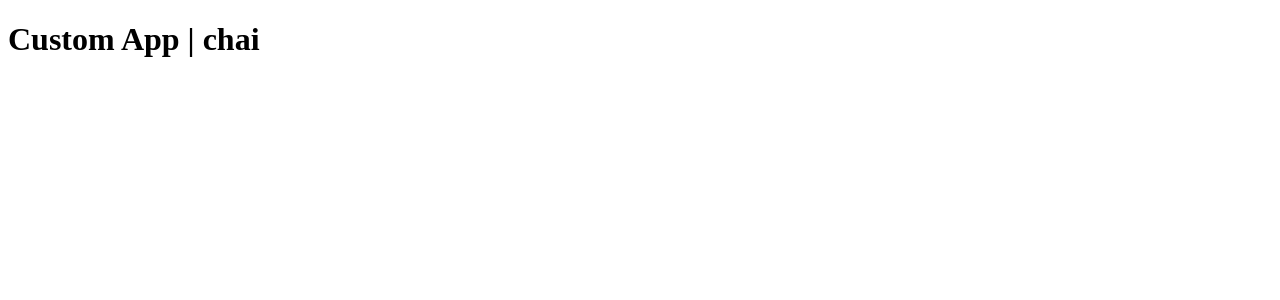
Repository: ARUN-YERRAM/REACTLEARNING
Page: / (app in 01vitereact/)
An editor plug-in stored every save of this project. The page is shown before and after the next save, followed by the edit.
The browser window is 1280 px wide. The pictures show the whole page.
The project was rebuilt for these pictures with package versions that can differ from the ones it lists, and the page was loaded fresh each time. Also part of the build but not shown: 01vitereact/vite.config.js.

Above is the page before, as saved 2024-09-16 12:24:38.

### 01vitereact/src/main.jsx
import React from 'react'
import ReactDOM from 'react-dom/client'

import App from './App.jsx'

function MyApp(){
    return (
        <div>
            <h1>Custom App | chai</h1>
        </div>
    )
}

// const ReactElement = {
//     type: 'a',
//     props: {
//         href: 'https://google.com',
//         target: '_blank'
//     },
//     children: 'Click me to visit google'
// }

const anotherElement = (
    <a href="https://google.com" target='_blank'>Visit google</a>
)



const anotherUser = "chai aur react"

const reactElement = React.createElement(
    'a',
    {href: 'https://google.com',target: '_blank' },
    'click me to visit google',
    anotherElement
)

ReactDOM.createRoot(document.getElementById('root')).render(

    // reactElement
    MyApp()


)

Loaded but not shown: 01vitereact/index.html (common file); 01vitereact/src/App.jsx (common file); 01vitereact/src/chai.jsx (common file)

After the next save:
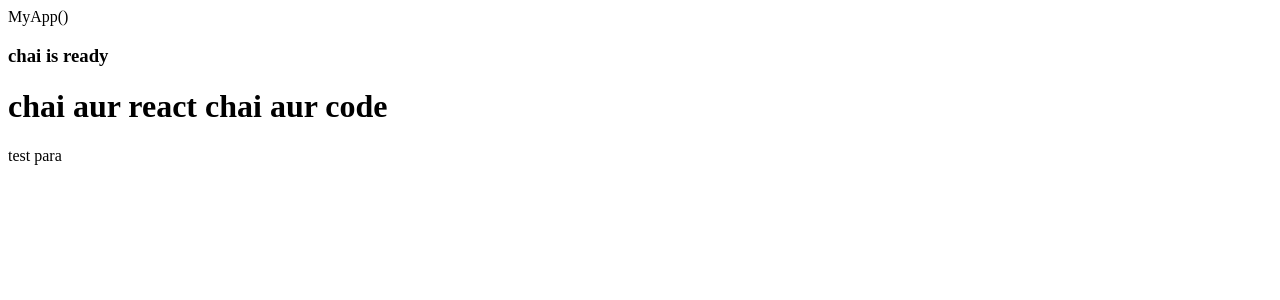
Saved 11 s later.
--- a/01vitereact/src/main.jsx
+++ b/01vitereact/src/main.jsx
@@ -38,7 +38,9 @@ const reactElement = React.createElement(
 ReactDOM.createRoot(document.getElementById('root')).render(
 
     // reactElement
+    <>
     MyApp()
-
+    <App/>
+    </>
 
 )
